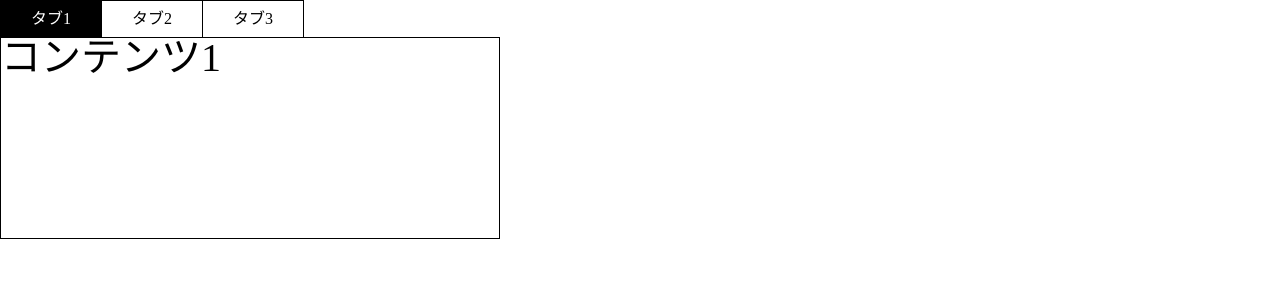
Repository: masanarimiura/20220617_miura
Page: index.html
The author's editor kept a copy of each file at every save. The page is drawn from the files as they stood at one save, then again after a run of saves.
The browser window is 1280 px wide. The pictures show the whole page.

Above is the page before, as saved 2022-06-17 17:47:09.

### index.html
<!DOCTYPE html>
<html lang="ja">

<head>
  <meta charset="UTF-8">
  <meta http-equiv="X-UA-Compatible" content="IE=edge">
  <meta name="viewport" content="width=device-width, initial-scale=1.0">
  <title>Document</title>
  <script src="https://cdn.jsdelivr.net/npm/vue@2/dist/vue.js"></script>
  <style>
    html,
    body,
    div,
    span,
    object,
    iframe,
    h1,
    h2,
    h3,
    h4,
    h5,
    h6,
    p,
    blockquote,
    pre,
    abbr,
    address,
    cite,
    code,
    del,
    dfn,
    em,
    img,
    ins,
    kbd,
    q,
    samp,
    small,
    strong,
    sub,
    sup,
    var,
    b,
    i,
    dl,
    dt,
    dd,
    ol,
    ul,
    li,
    fieldset,
    form,
    label,
    legend,
    table,
    caption,
    tbody,
    tfoot,
    thead,
    tr,
    th,
    td,
    article,
    aside,
    canvas,
    details,
    figcaption,
    figure,
    footer,
    header,
    hgroup,
    menu,
    nav,
    section,
    summary,
    time,
    mark,
    audio,
    video {
      margin: 0;
      padding: 0;
      border: 0;
      outline: 0;
      font-size: 100%;
      vertical-align: baseline;
      background: transparent;
    }

    body {
      line-height: 1;
    }

    article,
    aside,
    details,
    figcaption,
    figure,
    footer,
    header,
    hgroup,
    menu,
    nav,
    section {
      display: block;
    }

    nav ul {
      list-style: none;
    }

    blockquote,
    q {
      quotes: none;
    }

    blockquote:before,
    blockquote:after,
    q:before,
    q:after {
      content: '';
      content: none;
    }

    a {
      margin: 0;
      padding: 0;
      font-size: 100%;
      vertical-align: baseline;
      background: transparent;
    }

    /* change colours to suit your needs */
    ins {
      background-color: #ff9;
      color: #000;
      text-decoration: none;
    }

    /* change colours to suit your needs */
    mark {
      background-color: #ff9;
      color: #000;
      font-style: italic;
      font-weight: bold;
    }

    del {
      text-decoration: line-through;
    }

    abbr[title],
    dfn[title] {
      border-bottom: 1px dotted;
      cursor: help;
    }

    table {
      border-collapse: collapse;
      border-spacing: 0;
    }

    /* change border colour to suit your needs */
    hr {
      display: block;
      height: 1px;
      border: 0;
      border-top: 1px solid #cccccc;
      margin: 1em 0;
      padding: 0;
    }

    input,
    select {
      vertical-align: middle;
    }

    #tab {
      width: 500px;
    }

    .tab-menu {
      display: flex;
    }

    .tabMenuItem {
      text-align: center;
      padding: 10px 0;
      cursor: pointer;
      list-style: none;
      width: 100px;
      border-top: 1px solid #000;
      border-left: 1px solid #000;
      border-right: 1px solid #000;
    }

    .tabMenuItem:not(:first-child) {
      border-left: none;
    }

    .tabMenuItem.active {
      background: #000;
      color: white;
    }

    .tab-content {
      height: 200px;
      border: 1px solid #000;
    }

    .tabContentItem {
      display: none;
      font-size: 40px;
    }

    .tabContentItem.show {
      display: block;
    }
  </style>
</head>

<body>
  <!-- 切り替えタブ -->
  <div id="tab">
    <ul class="tab-menu">
      <li class="tabMenuItem active" v-bind:class="tabContent1" v-on:click="changeClassName1">タブ1</li>
      <li class="tabMenuItem" v-bind:class="tabContent2" v-on:click="changeClassName2">タブ2</li>
      <li class="tabMenuItem" v-bind:class="tabContent" v-on:click="changeClassName3">タブ3</li>
    </ul>
    <div class="tab-content">
      <div class="tabContentItem show">コンテンツ1</div>
      <div class="tabContentItem">コンテンツ2</div>
      <div class="tabContentItem">コンテンツ3</div>
    </div>
  </div>
  <script>
    const vm = new Vue({
      el: '#tab',
      data() {
        return {
          tabContent1: 'tabMenuItem active',
          tabContent1: 'tabMenuItem active',
          tabContent1: 'tabMenuItem active',
          tabContentItem: 'tabContentItem',
        }
      },
      methods: {
        changeClassName() {
          this.tabMenuItem = 'tabMenuItem active';
          this.tabContentItem = 'tabContentItem active';
        }
      }
    });
  </script>
</body>

</html>

After the next 2 saves:
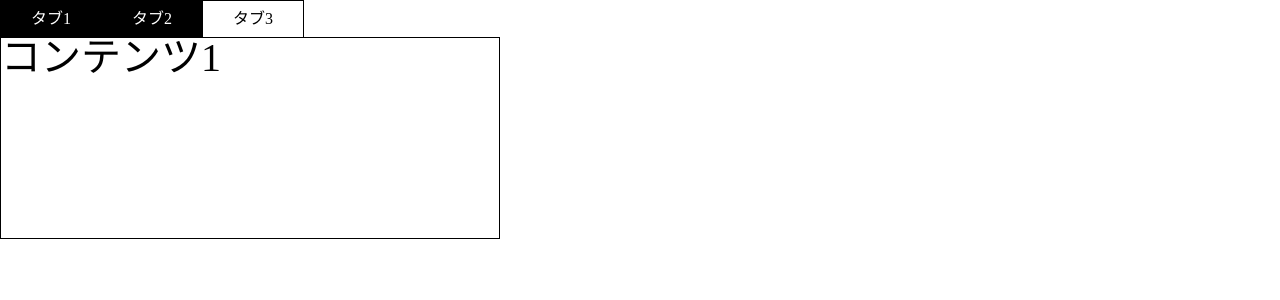
The 2 saves are shown as one change because they came seconds apart.
The last was saved 6 s later.
--- a/index.html
+++ b/index.html
@@ -238,8 +238,8 @@
       data() {
         return {
           tabContent1: 'tabMenuItem active',
-          tabContent1: 'tabMenuItem active',
-          tabContent1: 'tabMenuItem active',
+          tabContent2: 'tabMenuItem active',
+          tabContent3: 'tabMenuItem active',
           tabContentItem: 'tabContentItem',
         }
       },
